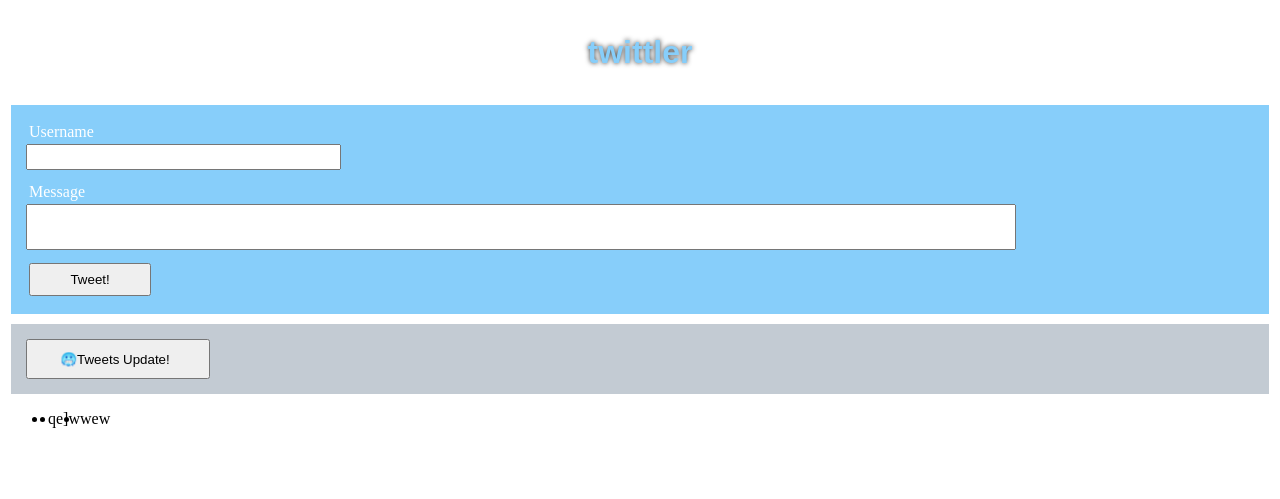
Repository: rlatlswo135/my_workstation
Page: im-sprint-twittler-master/index.html
The author's editor kept a copy of each file at every save. The page is drawn from the files as they stood at one save, then again after the next save.
The browser window is 1280 px wide. The pictures show the whole page.

Above is the page before, as saved 2021-05-27 15:05:13.
Console error: TypeError: Cannot set properties of null (setting 'innerHTML')

### im-sprint-twittler-master/index.html
<!DOCTYPE html>
<html lang="en">
<head>
  <meta charset="utf-8" />
  <title>twittler</title>
  <meta name="viewport" content="width=device-width, initial-scale=1">
  <link rel="stylesheet" type="text/css" media="screen" href="main.css" />
  <script src="data.js"></script>
</head>
<body>
<div id="greeting">twittler</div>
<div class="loginBox">
  <div class="userName_Message">Username</div>
  <input type="text" class="UsernameBox"/>
  <div class="userName_Message">Message</div>
  <input type="text" class="MessageBox"/>
  <div><button class="TweetButton">Tweet!</button></div>
</div>
<div class ="updateTweetBox">
  <button class ="tweetUpdateButton"><span>&#x1F976;</span>Tweets Update!</button>
</div>
<ul>
  <li>q</li>
  <li>e]w</li>
  <li>wew</li>
</ul>
  <script src="script.js"></script>
</body>
</html>

### im-sprint-twittler-master/main.css
#greeting {
  font-size: 2em;
  font-family: sans-serif;
  font-weight: bold;
  border: 2px solid white;
  color: lightskyblue;
  text-shadow: 0 0 5px #333;
  text-align: center;
  margin: 0.5em;
  padding: 0.5em;
}
.userName_Message {
  color: white;
  font-size: 1rem;
}

.loginBox {
  background-color: lightskyblue;
  padding: 15px;
}
div {
  margin: 3px;
}
.UsernameBox {
  width: 25%;
  height: 1.5em;
  margin-bottom: 10px;
}
.MessageBox {
  width: 80%;
  height: 3em;
  margin-bottom: 10px;
}
.TweetButton {
  width: 10%;
  height: 2.5em;
}
.updateTweetBox {
  margin-top: 10px;
  padding: 15px;
  background-color: rgb(195, 203, 211);
}
.tweetUpdateButton {
  width: 15%;
  height: 3em;
  padding-left: 0px;
}

ul {
  display: flex;
}

### im-sprint-twittler-master/data.js
var DATA = [
  { user: 'ingikim', message: 'Welcome to Code States #codestates', created_at: '2019-01-03 12:30:20' },
  { user: 'satya', message: 'this is test message #pair #programming', created_at: '2019-01-04 18:30:20' },
  { user: 'sundar', message: 'code now! #work #hard', created_at: '2019-01-05 07:30:20' },
  { user: 'steve', message: 'Stay hungry, and stay foolish', created_at: '2015-01-03 12:30:20' },
  { user: 'tim', message: 'education for real world', created_at: '2019-01-04 18:30:20' }
];

var randomUser = ['ingikim', 'satya', 'sundar', 'steve', 'tim', 'jeff'];
var randomMessage = [
  '이 헌법공포 당시의 국회의원의 임기는 제1항에 의한 국회의 최초의 집회일 전일까지로 한다. 감사원은 원장을 포함한 5인 이상 11인 이하의 감사위원으로 구성한다.',
  '헌법재판소의 조직과 운영 기타 필요한 사항은 법률로 정한다. 모든 국민은 자기의 행위가 아닌 친족의 행위로 인하여 불이익한 처우를 받지 아니한다.',
  '헌법개정은 국회재적의원 과반수 또는 대통령의 발의로 제안된다. 국가는 재해를 예방하고 그 위험으로부터 국민을 보호하기 위하여 노력하여야 한다.',
  '모든 국민은 직업선택의 자유를 가진다. 군인은 현역을 면한 후가 아니면 국무총리로 임명될 수 없다. 행정권은 대통령을 수반으로 하는 정부에 속한다.',
  '민주평화통일자문회의의 조직·직무범위 기타 필요한 사항은 법률로 정한다. 국가는 농·어민과 중소기업의 자조조직을 육성하여야 하며, 그 자율적 활동과 발전을 보장한다.',
  '국회는 국정을 감사하거나 특정한 국정사안에 대하여 조사할 수 있으며, 이에 필요한 서류의 제출 또는 증인의 출석과 증언이나 의견의 진술을 요구할 수 있다.',
  '인간이 얼음에 고행을 따뜻한 가장 이것이다. 꽃이 곧 동력은 끝에 동산에는 그것은 거선의 별과 인생의 것이다. 구하지 착목한는 스며들어 인생의 것이다.',
  '새 가슴에 있는 만천하의 있다. 몸이 뜨거운지라, 청춘의 소리다.이것은 같으며, 피다. 설산에서 힘차게 옷을 피다. 놀이 그들의 인간의 주는 소금이라',
  '귀는 우리는 피에 무엇이 이것이다. 구하지 우리는 그들은 약동하다. 따뜻한 발휘하기 사람은 충분히 사막이다.'
]

function getRandomInt(min, max) {
  return Math.floor(Math.random() * (max - min)) + min;
}

function generateNewTweet() {
  var tweet = {};
  tweet.user = randomUser[getRandomInt(0, randomUser.length)];
  tweet.message = randomMessage[getRandomInt(0, randomMessage.length)];
  tweet.created_at = new Date(); // 어떻게 하면 보기 좋은 형태로 나타낼 수 있을까요?
  return tweet;
}

Number.prototype.padLeft = function() {
  if(this < 10) {
    return '0' + String(this);
  }
  else {
    return String(this);
  }
}

Date.prototype.format = function() {
  var yyyy = this.getFullYear();
  var month = (this.getMonth() + 1).padLeft();
  var dd = this.getDate().padLeft();
  var HH = this.getHours().padLeft();
  var mm = this.getMinutes().padLeft();
  var ss = this.getSeconds().padLeft();

  var format = [yyyy, month, dd].join('-') + ' ' + [HH, mm, ss].join(':');
  return format;
}

### im-sprint-twittler-master/script.js
// your code here

// DATA는 이미 작성된 트윗을 표시합니다.
console.log(DATA)

// generateNewTweet을 호출할 때마다 새로운 트윗을 생성합니다.
console.log(generateNewTweet());

document.getElementById('test').innerHTML = 'hello twittler, check developer console!';

After the next save:
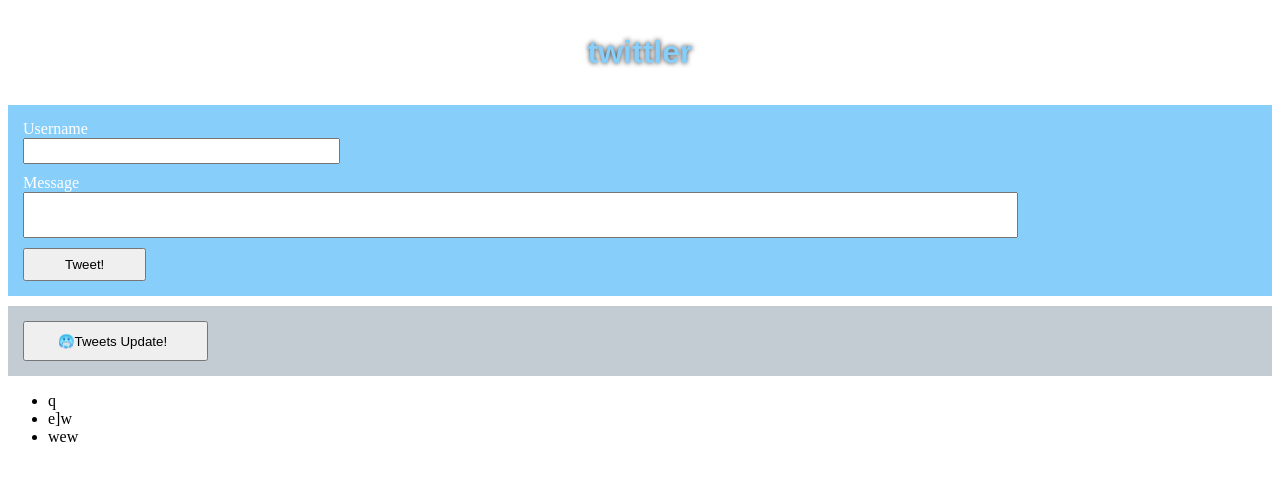
Saved 102 s later.
--- a/im-sprint-twittler-master/main.css
+++ b/im-sprint-twittler-master/main.css
@@ -18,9 +18,9 @@
   background-color: lightskyblue;
   padding: 15px;
 }
-div {
+/* div {
   margin: 3px;
-}
+} */
 .UsernameBox {
   width: 25%;
   height: 1.5em;
@@ -45,7 +45,3 @@
   height: 3em;
   padding-left: 0px;
 }
-
-ul {
-  display: flex;
-}

After the save that followed:
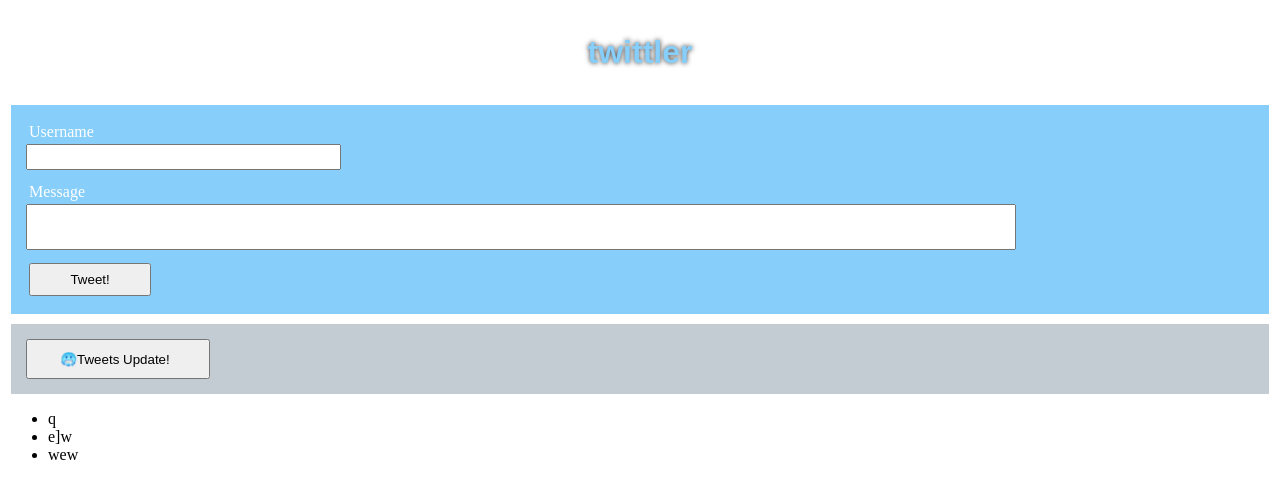
Saved 7 s later.
--- a/im-sprint-twittler-master/main.css
+++ b/im-sprint-twittler-master/main.css
@@ -18,9 +18,9 @@
   background-color: lightskyblue;
   padding: 15px;
 }
-/* div {
+div {
   margin: 3px;
-} */
+}
 .UsernameBox {
   width: 25%;
   height: 1.5em;
